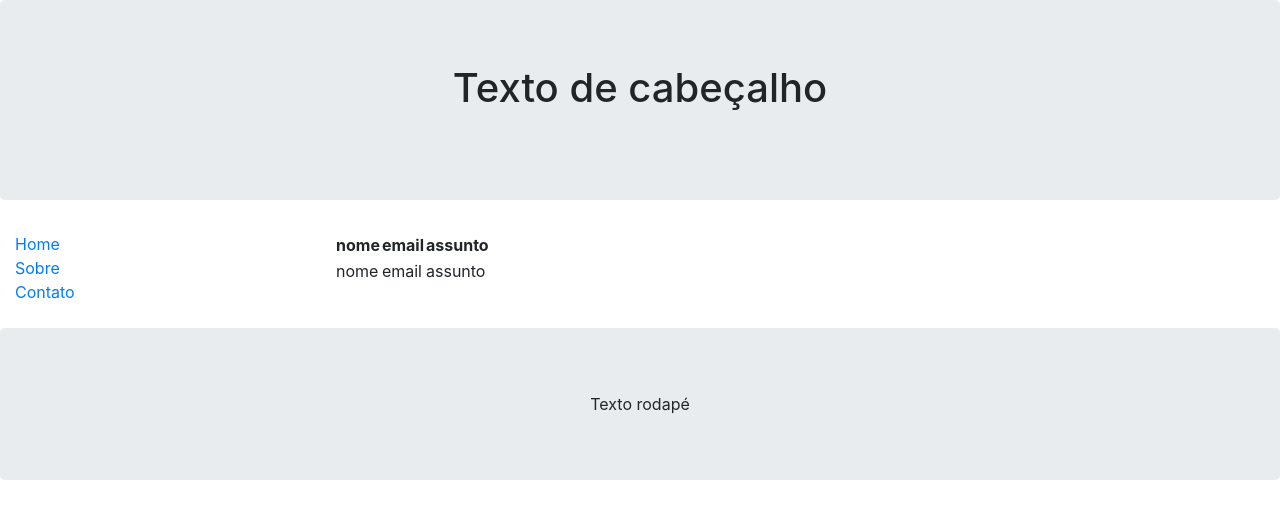
Repository: BrunoCesarAngst/poo
Page: aula04/index.html
An editor plug-in stored every save of this project. The page is shown before and after the next save, followed by the edit.
The browser window is 1280 px wide. The pictures show the whole page.

Above is the page before, as saved 2020-08-21 21:33:46.

### aula04/index.html
<!DOCTYPE html>
<html>
<head>
	<title>Página exemplo LPW</title>
<meta charset="utf-8">

<!-- scripts do BS ou framework de escolha-->
<!-- Latest compiled and minified CSS -->
<link rel="stylesheet" href="https://maxcdn.bootstrapcdn.com/bootstrap/4.4.1/css/bootstrap.min.css">

<!-- jQuery library -->
<script src="https://ajax.googleapis.com/ajax/libs/jquery/3.4.1/jquery.min.js"></script>

<!-- Popper JS -->
<script src="https://cdnjs.cloudflare.com/ajax/libs/popper.js/1.16.0/umd/popper.min.js"></script>

<!-- Latest compiled JavaScript -->
<script src="https://maxcdn.bootstrapcdn.com/bootstrap/4.4.1/js/bootstrap.min.js"></script>


<!-- nossos scripts de css e js-->
<link rel="stylesheet" type="text/css" href="assets/css/style.css">
<script src="assets/js/script.js"></script>


</head>
<body>

<header class="jumbotron">
	<h1>Texto de cabeçalho</h1>
</header>

<div class="container-fluid">
	<div class="row">
		<nav class="col-md-3">
			<a id="home" href="#">Home</a><br>
			<a id="sobre" href="#">Sobre</a><br>
			<a id="form" href="#">Contato</a><br>
			<br>
		</nav>
		<section class="col-md-9">

			<!-- Componentes -->

		</section>
	</div>
</div>

<footer class="jumbotron">

	Texto rodapé<br>

</footer>

</body>
</html>

### aula04/assets/css/style.css
body{
	margin: auto 0px;
}

header{

	text-align: center;
	vertical-align: middle;
	min-height: 200px;
}
nav{

}
section{

}
footer{

	text-align: center;
	min-height: 100px;
}

### aula04/assets/js/script.js
$(document).ready(function() {
  home();
  $('#home').click(function() {
    home();
  });

  $('#sobre').click(function() {
    sobre();
  });

  $('#form').click(function() {
    form();
  });
});

function home() {
  $('section').html(`
  <table>
    <tr>
      <th>nome</th>
      <th>email</th>
      <th>assunto</th>
    </tr>
    <tr>
      <td>nome</td>
      <td>email</td>
      <td>assunto</td>
    </tr>
  </table>
  `)
}

function sobre() {
  $('section').html('<h1>Sobre</h1>');
}

function form() {
  $('section').load('views/form.html', onSubmit);

}

function onSubmit() {
  $('form').submit(function(){
    home();
    alert("Submitted");
    var nome = $("#nome").val();
    var email = $("#email").val();
    var assunto = $("#assunto").val();
  })
}

After the next save:
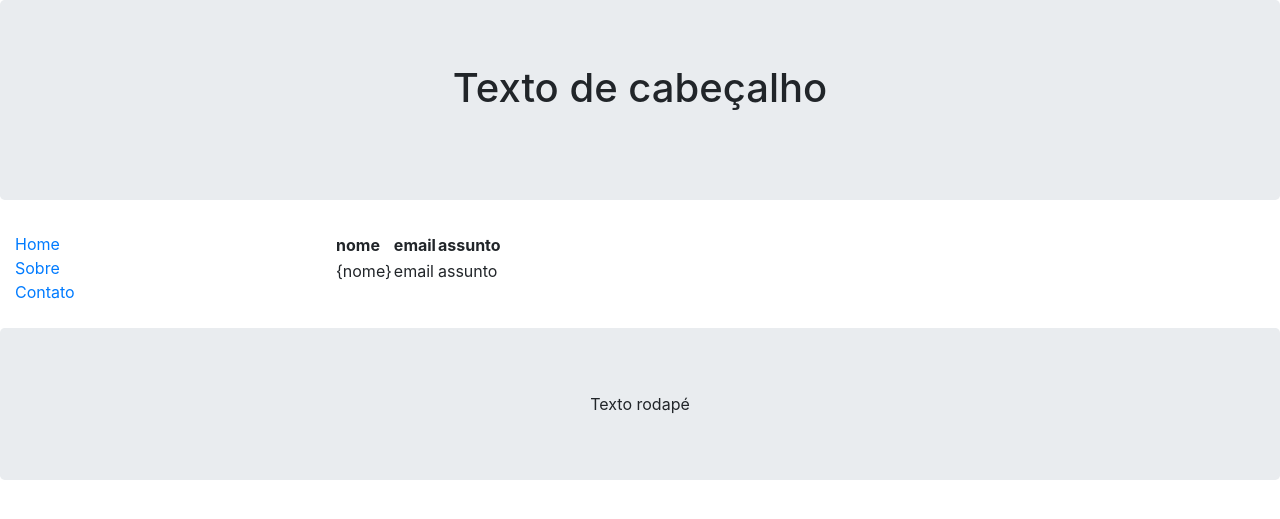
Saved 2 min 22 s later.
--- a/aula04/assets/js/script.js
+++ b/aula04/assets/js/script.js
@@ -22,7 +22,7 @@ function home() {
       <th>assunto</th>
     </tr>
     <tr>
-      <td>nome</td>
+      <td>{nome}</td>
       <td>email</td>
       <td>assunto</td>
     </tr>
